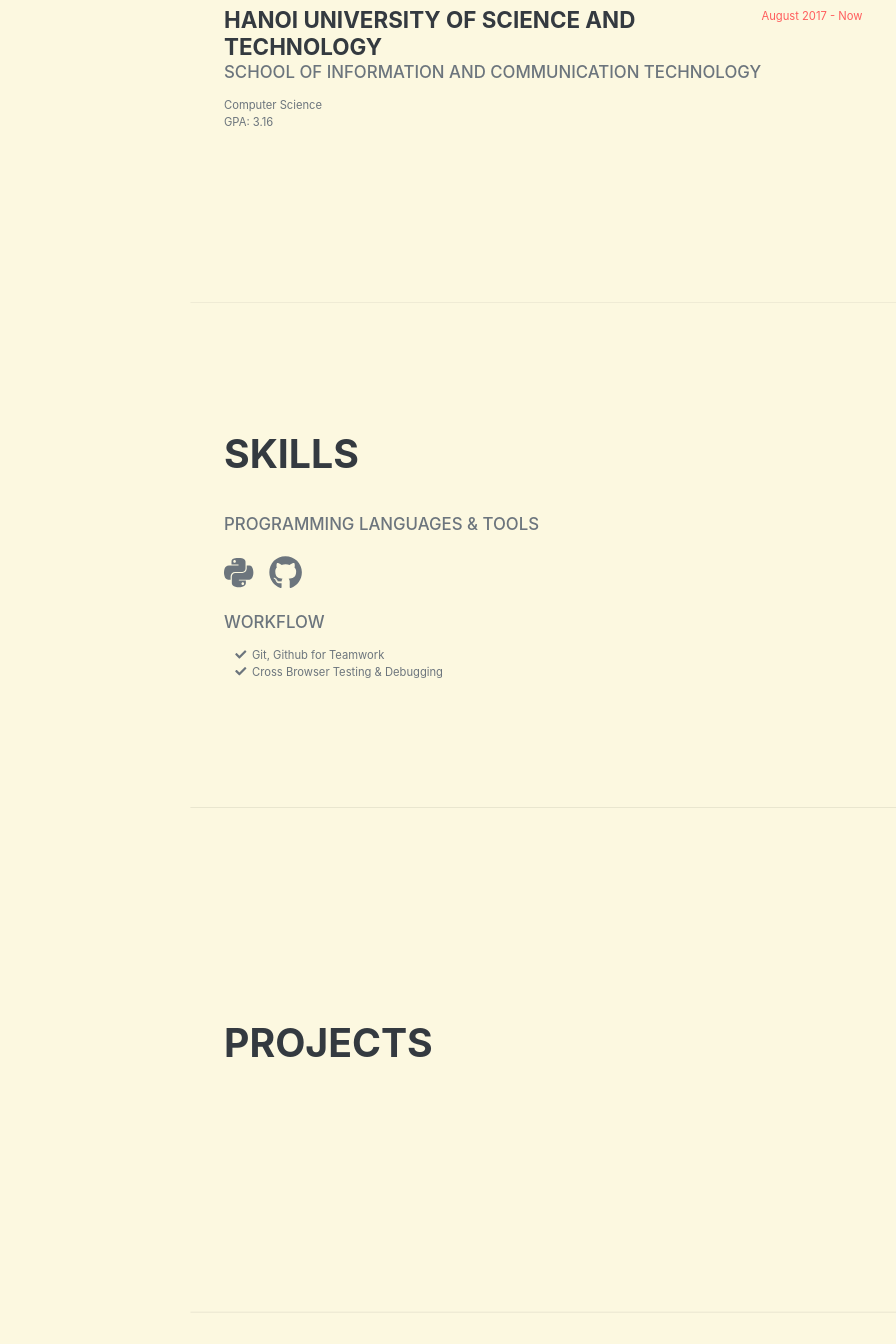
Repository: nguyenlcc/Online-CV
Page: index.html
An editor plug-in stored every save of this project. The page is shown before and after the next save, followed by the edit.
The browser window is 1280 px wide. The pictures show the part of the page from y = 1820 to 3740 px (the page is 5136 px tall), at 70% of full size.
Some web fonts or font styles are not loaded; a fallback is used. Some web libraries are served in a nearby version.

Above is the page before, as saved 2022-05-23 01:53:53.

### index.html
<!DOCTYPE html>
<html lang="en">
  <head>
    <meta charset="utf-8" />
    <meta
      name="viewport"
      content="width=device-width, initial-scale=1, shrink-to-fit=no"
    />
    <meta name="description" content="" />
    <meta name="author" content="" />
    <title>Le Cong Nguyen</title>
    <link rel="icon" type="image/x-icon" href="assets/img/favicon.ico" />
    <!-- Font Awesome icons (free version)-->
    <script
      src="https://use.fontawesome.com/releases/v5.13.0/js/all.js"
      crossorigin="anonymous"
    ></script>
    <!-- Google fonts-->
    <link
      href="https://fonts.googleapis.com/css?family=Saira+Extra+Condensed:500,700"
      rel="stylesheet"
      type="text/css"
    />
    <link
      href="https://fonts.googleapis.com/css?family=Muli:400,400i,800,800i"
      rel="stylesheet"
      type="text/css"
    />
    <!-- Core theme CSS (includes Bootstrap)-->
    <link href="css/styles.css" rel="stylesheet" />
  </head>
  <body id="page-top">
    <!-- Navigation-->
    <nav
      class="navbar navbar-expand-lg navbar-dark bg-primary fixed-top"
      id="sideNav"
    >
      <a class="navbar-brand js-scroll-trigger" href="#page-top">
        <span class="d-block d-lg-none">LE CONG NGUYEN</span>
        <span class="d-none d-lg-block"
          ><img
            class="img-fluid img-profile rounded-circle mx-auto mb-2"
            src="assets/img/profile.jpg"
            alt=""
        /></span>
      </a>
      <button
        class="navbar-toggler"
        type="button"
        data-toggle="collapse"
        data-target="#navbarSupportedContent"
        aria-controls="navbarSupportedContent"
        aria-expanded="false"
        aria-label="Toggle navigation"
      >
        <span class="navbar-toggler-icon"></span>
      </button>
      <div class="collapse navbar-collapse" id="navbarSupportedContent">
        <ul class="navbar-nav">
          <li class="nav-item">
            <a class="nav-link js-scroll-trigger" href="#about">About</a>
          </li>
          <li class="nav-item">
            <a class="nav-link js-scroll-trigger" href="#experience"
              >Experience</a
            >
          </li>
          <li class="nav-item">
            <a class="nav-link js-scroll-trigger" href="#education"
              >Education</a
            >
          </li>
          <li class="nav-item">
            <a class="nav-link js-scroll-trigger" href="#skills">Skills</a>
          </li>
          <li class="nav-item">
            <a class="nav-link js-scroll-trigger" href="#projects">Projects</a>
          </li>
          <li class="nav-item">
            <a class="nav-link js-scroll-trigger" href="#interests"
              >Interests</a
            >
          </li>
          <li class="nav-item">
            <a class="nav-link js-scroll-trigger" href="#awards">Awards</a>
          </li>
        </ul>
      </div>
    </nav>
    <!-- Page Content-->
    <div class="container-fluid p-0">
      <!-- About-->
      <section class="resume-section" id="about">
        <div class="resume-section-content">
          <h1 class="mb-0">
            LE CONG
            <span class="text-primary">NGUYEN</span>
          </h1>
          <div class="subheading mb-5">
            <i class="fas fa-address-card"></i>
            11/11/1999 · Male · 0904532091 ·
            <a href="mailto:name@email.com">nguyen.lc41@gmail.com</a>
            · Thinh Liet, Hoang Mai, Ha Noi
          </div>
          <p class="lead mb-5">
            I am experienced in ...
          </p>
          <div class="social-icons">
            <a class="social-icon" href="https://github.com/nguyenlecong"
              ><i class="fab fa-github"></i
            ></a>
            <a
              class="social-icon"
              href="https://www.linkedin.com/in/nguy%C3%AAn-l%C3%AA-c%C3%B4ng-0b1731233/"
            >
              <i class="fab fa-linkedin-in"></i>
            </a>
            <a class="social-icon" href="https://www.facebook.com/nguyenlc5139/"
              ><i class="fab fa-facebook-f"></i
            ></a>
          </div>
        </div>
      </section>
      <hr class="m-0" />
      <!-- Experience-->
      <section class="resume-section" id="experience">
        <div class="resume-section-content">
          <h2 class="mb-5">Experience</h2>
          <div
            class="d-flex flex-column flex-md-row justify-content-between mb-5"
          >
            <div class="flex-grow-1">
              <h3 class="mb-0">Computer Vision Intern</h3>
              <div class="subheading mb-3">Arrow Technologies Vietnam</div>
              <p>
                ...
              </p>
            </div>
            <div class="flex-shrink-0">
              <span class="text-primary">September 2020 - December 2020</span>
            </div>
          </div>
          <div
            class="d-flex flex-column flex-md-row justify-content-between mb-5"
          >
            <div class="flex-grow-1">
              <h3 class="mb-0">AI Engineer Intern</h3>
              <div class="subheading mb-3">IBM Vietnam</div>
              <p>
                ...
              </p>
            </div>
            <div class="flex-shrink-0">
              <span class="text-primary">June 2021 - September 2021</span>
            </div>
          </div>
          <div
            class="d-flex flex-column flex-md-row justify-content-between mb-5"
          >
            <div class="flex-grow-1">
              <h3 class="mb-0">Computer Vision Collaborator</h3>
              <div class="subheading mb-3">ThinkLABs JSC</div>
              <p>
                ...
              </p>
            </div>
            <div class="flex-shrink-0">
              <span class="text-primary">December 2021 - June 2022</span>
            </div>
          </div>
        </div>
      </section>
      <hr class="m-0" />
      <!-- Education-->
      <section class="resume-section" id="education">
        <div class="resume-section-content">
          <h2 class="mb-5">Education</h2>
          <div
            class="d-flex flex-column flex-md-row justify-content-between mb-5"
          >
            <div class="flex-grow-1">
              <h3 class="mb-0">HANOI UNIVERSITY OF SCIENCE AND TECHNOLOGY</h3>
              <div class="subheading mb-3">
                SCHOOL OF INFORMATION AND COMMUNICATION TECHNOLOGY
              </div>
              <div>Computer Science</div>
              <p>GPA: 3.16</p>
            </div>
            <div class="flex-shrink-0">
              <span class="text-primary">August 2017 - Now</span>
            </div>
          </div>
        </div>
      </section>
      <hr class="m-0" />
      <!-- Skills-->
      <section class="resume-section" id="skills">
        <div class="resume-section-content">
          <h2 class="mb-5">Skills</h2>
          <div class="subheading mb-3">Programming Languages & Tools</div>
          <ul class="list-inline dev-icons">
            <li class="list-inline-item"><i class="fab fa-python"></i></li>
            <li class="list-inline-item"><i class="fab fa-github"></i></li>
            <li class="list-inline-item"><i class="..."></i></li>
          </ul>
          <div class="subheading mb-3">Workflow</div>
          <ul class="fa-ul mb-0">
            <li>
              <span class="fa-li"><i class="fas fa-check"></i></span>
              Git, Github for Teamwork
            </li>
            <li>
              <span class="fa-li"><i class="fas fa-check"></i></span>
              Cross Browser Testing & Debugging
            </li>
          </ul>
        </div>
      </section>
      <hr class="m-0" />
      <!-- Projects-->
      <section class="resume-section" id="projects">
        <div class="resume-section-content">
          <h2 class="mb-5">Projects</h2>
          <!-- <div class="subheading mb-3">Programming Languages & Tools</div>
          <ul class="list-inline dev-icons">
            <li class="list-inline-item"><i class="fab fa-python"></i></li>
            <li class="list-inline-item"><i class="fab fa-github"></i></li>
            <li class="list-inline-item"><i class="fab fa-github"></i></li>
          </ul>
          <div class="subheading mb-3">Workflow</div>
          <ul class="fa-ul mb-0">
            <li>
              <span class="fa-li"><i class="fas fa-check"></i></span>
              Mobile-First, Responsive Design
            </li>
            <li>
              <span class="fa-li"><i class="fas fa-check"></i></span>
              Cross Browser Testing & Debugging
            </li>
          </ul>
        </div> -->
      </section>
      <hr class="m-0" />
      <!-- Interests-->
      <section class="resume-section" id="interests">
        <div class="resume-section-content">
          <h2 class="mb-5">Interests</h2>
          <p>
            Apart from being a web developer, I enjoy most of my time being
            outdoors. In the winter, I am an avid skier and novice ice climber.
            During the warmer months here in Colorado, I enjoy mountain biking,
            free climbing, and kayaking.
          </p>
          <p class="mb-0">
            When forced indoors, I follow a number of sci-fi and fantasy genre
            movies and television shows, I am an aspiring chef, and I spend a
            large amount of my free time exploring the latest technology
            advancements in the front-end web development world.
          </p>
        </div>
      </section>
      <hr class="m-0" />
      <!-- Awards-->
      <section class="resume-section" id="awards">
        <div class="resume-section-content">
          <h2 class="mb-5">Awards & Certifications</h2>
          <ul class="fa-ul mb-0">
            <li>
              <span class="fa-li"
                ><i class="fas fa-trophy text-warning"></i
              ></span>
              Silver Medal for Excellence in Mathematics on Casio Calculator in
              12th Grade
            </li>
            <li>
              <span class="fa-li"
                ><i class="fas fa-trophy text-warning"></i
              ></span>
              Consolation Prize in the Provincial Examination for Excellent
              Students in Mathematics in 12th Grade
            </li>
            <li>
              <span class="fa-li"
                ><i class="fas fa-trophy text-warning"></i
              ></span>
              Level B of Scholarships for the Term 2 of the School Year
              2020-2021, Hanoi University of Science and Technology
            </li>
            <li>
              <span class="fa-li"
                ><i class="fas fa-trophy text-warning"></i
              ></span>
              Level A of Scholarships for the Term 1 of the School Year
              2021-2022, Hanoi University of Science and Technology
            </li>
          </ul>
        </div>
      </section>
    </div>
    <!-- Bootstrap core JS-->
    <script src="https://cdnjs.cloudflare.com/ajax/libs/jquery/3.5.1/jquery.min.js"></script>
    <script src="https://stackpath.bootstrapcdn.com/bootstrap/4.5.0/js/bootstrap.bundle.min.js"></script>
    <!-- Third party plugin JS-->
    <script src="https://cdnjs.cloudflare.com/ajax/libs/jquery-easing/1.4.1/jquery.easing.min.js"></script>
    <!-- Core theme JS-->
    <script src="js/scripts.js"></script>
  </body>
</html>

### js/scripts.js
/*!
    * Start Bootstrap - Resume v6.0.1 (https://startbootstrap.com/template-overviews/resume)
    * Copyright 2013-2020 Start Bootstrap
    * Licensed under MIT (https://github.com/StartBootstrap/startbootstrap-resume/blob/master/LICENSE)
    */
    (function ($) {
    "use strict"; // Start of use strict

    // Smooth scrolling using jQuery easing
    $('a.js-scroll-trigger[href*="#"]:not([href="#"])').click(function () {
        if (
            location.pathname.replace(/^\//, "") ==
                this.pathname.replace(/^\//, "") &&
            location.hostname == this.hostname
        ) {
            var target = $(this.hash);
            target = target.length
                ? target
                : $("[name=" + this.hash.slice(1) + "]");
            if (target.length) {
                $("html, body").animate(
                    {
                        scrollTop: target.offset().top,
                    },
                    1000,
                    "easeInOutExpo"
                );
                return false;
            }
        }
    });

    // Closes responsive menu when a scroll trigger link is clicked
    $(".js-scroll-trigger").click(function () {
        $(".navbar-collapse").collapse("hide");
    });

    // Activate scrollspy to add active class to navbar items on scroll
    $("body").scrollspy({
        target: "#sideNav",
    });
})(jQuery); // End of use strict

Loaded but not shown: css/styles.css (library)

After the next save:
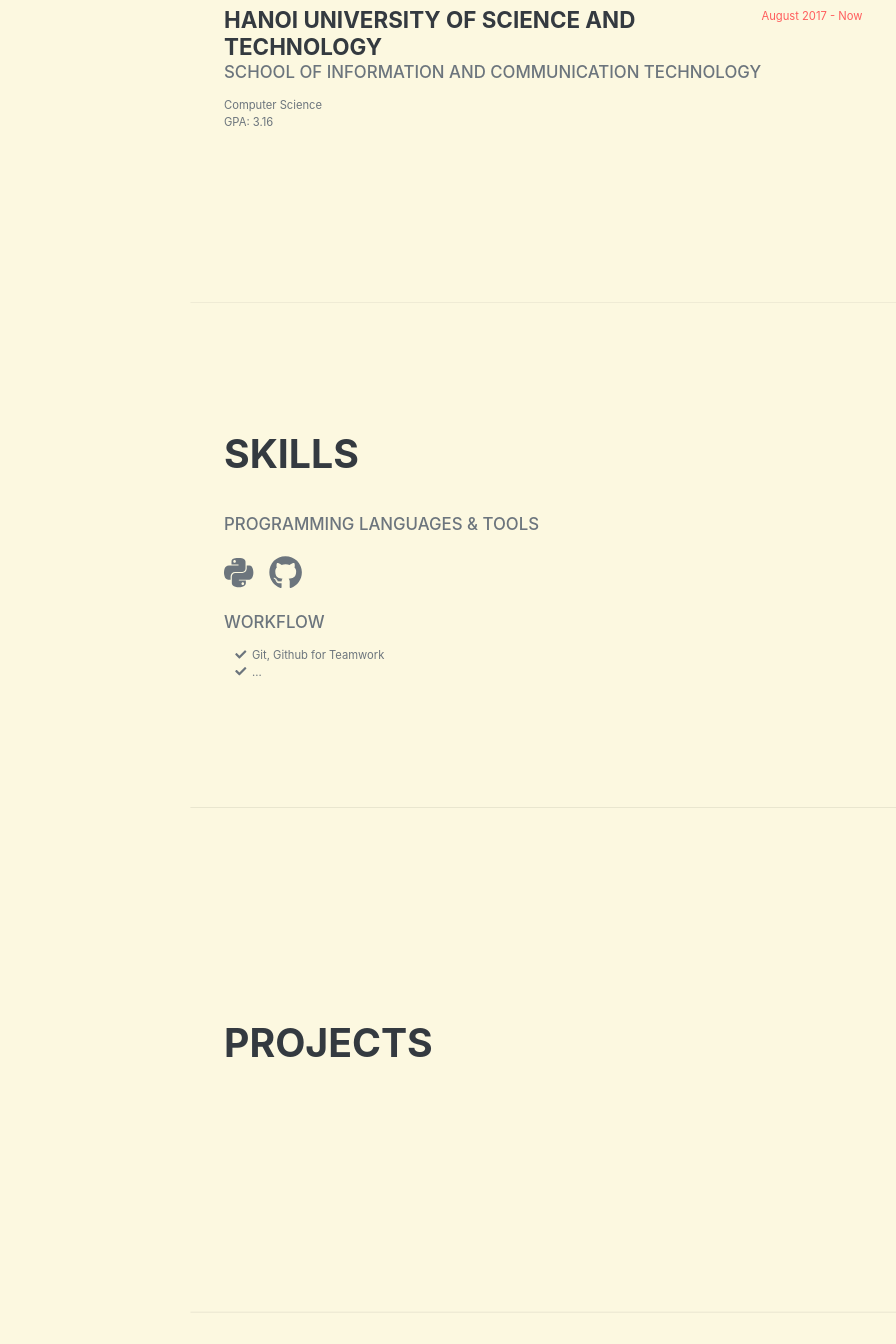
Saved 9 s later.
--- a/index.html
+++ b/index.html
@@ -211,7 +211,7 @@
             </li>
             <li>
               <span class="fa-li"><i class="fas fa-check"></i></span>
-              Cross Browser Testing & Debugging
+              ...
             </li>
           </ul>
         </div>
